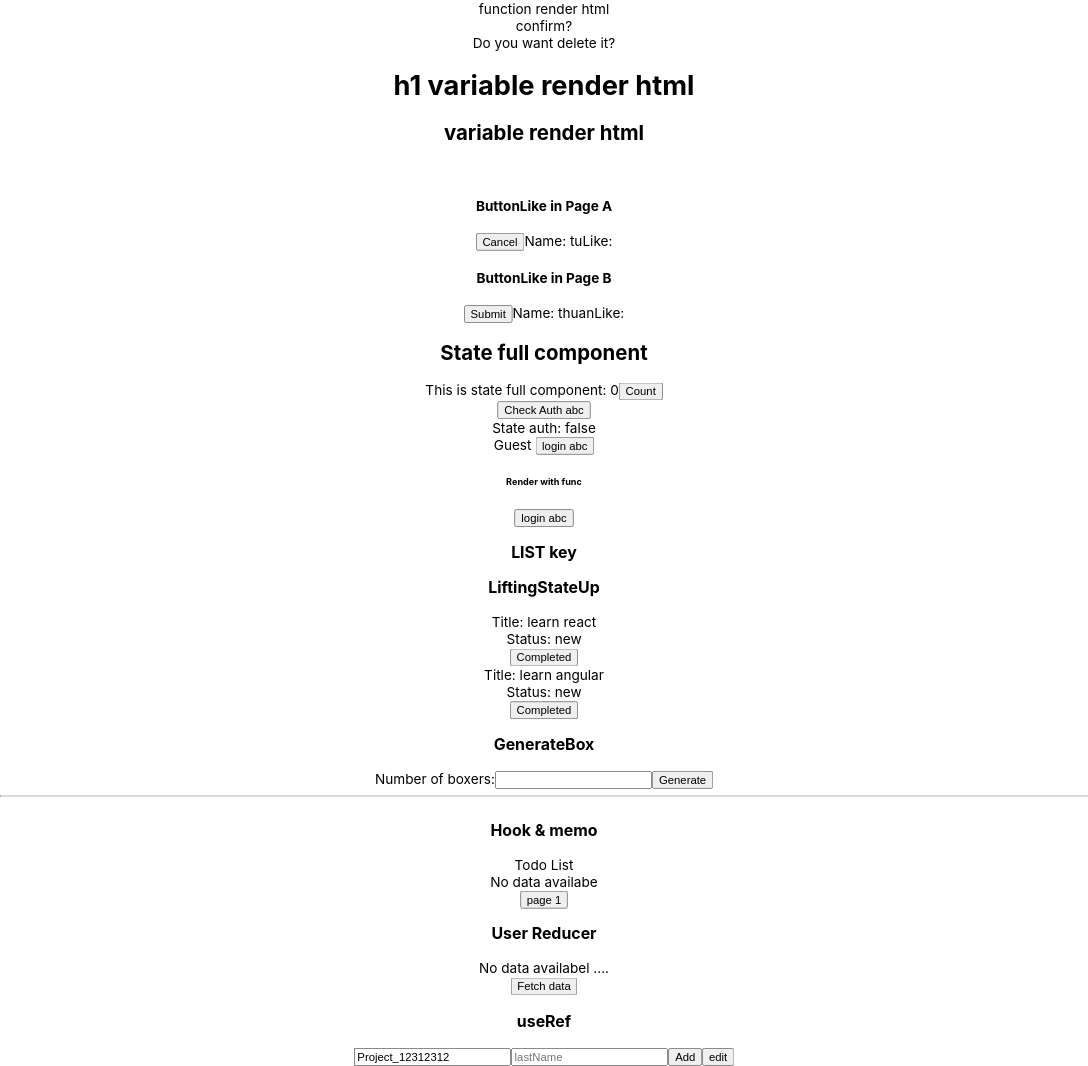
Repository: HoangTu18/reactjs-exercise
Page: /
An editor plug-in stored every save of this project. The page is shown before and after the next save, followed by the edit.
The browser window is 1280 px wide. The pictures show the whole page, at 85% of full size.
The page's requests for data from a server got no answer. The project was rebuilt for these pictures with package versions that can differ from the ones it lists, and the page was loaded fresh each time. No one was signed in, and anything a server would have sent is missing. Also part of the build but not shown: src/pages/StateObject.jsx, src/components/GenerateBox/GenerateBoxItem.jsx.

Above is the page before, as saved 2022-06-12 10:30:07.

### src/App.js
import "./App.css";
import ButtonLike from "./components/ButtonLike";
import TitleSimple from "./components/TitleSimple";
import StateFullComponent from "./components/StateFullComponent";
import StateObject from "./pages/StateObject";
import ConditionalRender from "./pages/conditionalRender";
import LiftingStateUp from "./exercise/LiftingStateUp";
import GenerateBox from "./exercise/GenerateBox";
import Hook from "./pages/Hook";
import UserReduer from "./pages/UserReduer";
import UseRef from "./components/useRef";
function App() {
  const isLoading = true;
  // varible render html
  const ele1 = (
    <div>
      <h1>h1 variable render html</h1>
      <h2> variable render html</h2>
    </div>
  );
  return (
    <div className="App">
      <div>function render html</div>
      {isLoading ? <TitleSimple /> : "123"}
      {ele1}
      <br />
      <h4> ButtonLike in Page A</h4>
      <ButtonLike
        text="Cancel"
        type="button"
        className="buttonA"
        onClick={() => {
          console.log("buttonA");
        }}
        name="tu"
      />
      <h4> ButtonLike in Page B</h4>
      <ButtonLike
        type="submit"
        className="buttonB"
        onClick={() => {
          console.log("buttonB");
        }}
        name="thuan"
      />
      <h2>State full component</h2>
      <StateFullComponent />
      {/* <StateObject />
       */}
      <ConditionalRender />
      <h3>LiftingStateUp</h3>
      <LiftingStateUp />
      <h3>GenerateBox</h3>
      <GenerateBox />
      <h3>Hook & memo</h3>
      <Hook />
      <h3>User Reducer</h3>
      <UserReduer />
      <h3>useRef</h3>
      <UseRef />
    </div>
  );
}

export default App;

### src/components/ButtonLike.jsx
import React from "react";

ButtonLike.propTypes = {};

function ButtonLike({ text = "Submit", name, todoItem, like, ...props }) {
  return (
    <div>
      <button {...props}>{text}</button>
      Name: {name}
      {todoItem && (
        <div>
          <h6>Todo item</h6>
          Todo title: {todoItem?.title}
          Todo price: {todoItem?.price}
        </div>
      )}
      Like: {like}
      <br />
    </div>
  );
}

export default ButtonLike;

### src/components/TitleSimple.jsx
import React from "react";

TitleSimple.propTypes = {};

function TitleSimple(props) {
  return (
    <div>
      confirm? <br />
      Do you want delete it?
    </div>
  );
}

export default TitleSimple;

### src/components/StateFullComponent.jsx
import React from "react";

StateFullComponent.propTypes = {};

function StateFullComponent(props) {
  const [count, setCount] = React.useState(0);
  return (
    <div>
      This is state full component: {count}
      <button
        type="button"
        onClick={() => {
          setCount((prevState) => prevState + 1);
        }}
      >
        Count
      </button>
    </div>
  );
}

export default StateFullComponent;

### src/pages/conditionalRender.jsx
import React, { Fragment, useState } from "react";
import ButtonSimple from "../components/ButtonSimple";

function ConditionalRender() {
  const [todos, setTodos] = useState([
    {
      id: 1,
      title: "react",
    },
    {
      id: 2,
      title: "angular",
    },
  ]);
  const [isAuth, setIsAuth] = useState(false);
  let button = null;
  if (isAuth) {
    button = <ButtonSimple text="logout" />;
  } else {
    button = <ButtonSimple text="login" />;
  }

  function renderButtonLogin() {
    return <ButtonSimple text="login" />;
  }
  function renderButtonLogout() {
    return <ButtonSimple text="logout" />;
  }
  function renderButton() {
    return <div>{isAuth ? renderButtonLogout() : renderButtonLogin()}</div>;
  }

  function handleDeleteTodo(TodoId) {
    const todoIndex = todos.findIndex((todo) => todo.id === TodoId);
    const newTodo = [...todos];
    newTodo.splice(todoIndex, 1);
    console.log(TodoId);
  }

  return (
    <div>
      {/* {array.length > 0 &&
        array.map((item) => {
          return <div key={item}>This is item</div>;
        })} */}
      <ButtonSimple
        text="Check Auth"
        onClick={() => setIsAuth((prevState) => !prevState)}
      />
      <br />
      State auth: {isAuth.toString()}
      {isAuth ? <div>welcome to {button}</div> : <div>Guest {button}</div>}
      <h6>Render with func</h6>
      {isAuth ? renderButtonLogout() : renderButtonLogin()}
      <h3>LIST key</h3>
      {todos.length > 0 ? (
        <>
          {todos.map((todo) => {
            <Fragment key={todo.id}>
              Id: {todo.id} <br />
              title: {todo.title}
              <button type="button" onClick={() => handleDeleteTodo(todo.id)}>
                Delete
              </button>
            </Fragment>;
          })}
        </>
      ) : null}
    </div>
  );
}

export default ConditionalRender;

### src/exercise/LiftingStateUp.jsx
import React, { useState } from "react";
import TodoList from "../components/TodoList";

function LiftingStateUp() {
  const [todos, setTodos] = useState([
    {
      id: 1,
      title: "learn react",
      status: "new",
    },
    {
      id: 2,
      title: "learn angular",
      status: "new",
    },
  ]);
  function handleCompletedTodo(todoId) {
    console.log("handleCompletedTodo: ", todoId);
  }
  return (
    <div>
      <TodoList todos={todos} handleCompletedTodo={handleCompletedTodo} />
    </div>
  );
}

export default LiftingStateUp;

### src/exercise/GenerateBox.jsx
import React, { useState, useRef } from "react";
import GenerateBoxList from "../components/GenerateBox/GenerateBoxList";

function GenerateBox(props) {
  const input = useRef(null);
  let [count, setCount] = useState(0);
  let [boxs, setBoxs] = useState([]);
  function handleGenerate() {
    let tempArr = [...boxs];
    let tempCount = count;
    if (input.current.value <= 0) {
      return alert("please enter for box");
    }
    if (input.current.value > 127) {
      return alert("very box");
    }
    if (input.current.value <= 127) {
      for (let i = 1; i <= input.current.value; i++) {
        tempArr.push({ id: tempCount++ });
      }
    }

    setBoxs(tempArr);
    setCount(tempCount);
  }

  // function handleCount() {}
  return (
    <div>
      <div>
        Number of boxers:
        <input type="number" ref={input} />
        <button onClick={() => handleGenerate()}>Generate</button>
        <hr />
      </div>
      <GenerateBoxList boxs={boxs} />
    </div>
  );
}

export default GenerateBox;

### src/pages/Hook.jsx
import React, { useEffect, useState } from "react";
import ButtonLike from "../components/ButtonLike";
function Hook() {
  const [todos, setTodos] = useState([]);
  const [page, setPage] = useState(1);

  useEffect(() => {
    fetch(`https://jsonplaceholder.typicode.com/todos?_page=${page}&_limit=10`)
      .then((res) => res.json())
      .then((data) => setTodos(data));
  }, [page]);

  useEffect(() => {
    console.log("useEffect 2");
  }, []);

  return (
    <div>
      Todo List
      {todos.length > 0 ? (
        <>
          {todos.map((todo) => (
            <div key={todo.id}>
              id: {todo.id} <br />
              title: {todo.title} <br />
            </div>
          ))}
        </>
      ) : (
        <div>No data availabe</div>
      )}
      <button
        type="button"
        onClick={() => {
          setPage((prevState) => prevState + 1);
        }}
      >
        page {page}
      </button>
      <h3></h3>
    </div>
  );
}

export default Hook;

### src/pages/UserReduer.jsx
import React, { useReducer } from "react";

// initialState
const initialState = {
  isLoading: false,
  todos: [],
  isError: false,
};

// actions
function setIsLoading(isLoading) {
  return {
    type: "SET_IS_LOADING",
    payload: isLoading,
  };
}

function setIsError(isError) {
  return {
    type: "SET_IS_ERROR",
    payload: isError,
  };
}

function setTodos(data) {
  return {
    type: "SET_TODO",
    payload: data,
  };
}

// reducer
function reducer(state = initialState, { type, payload }) {
  switch (type) {
    case "SET_IS_LOADING": {
      return {
        ...state,
        isLoading: payload,
      };
    }
    case "SET_IS_ERROR": {
      return {
        ...state,
        isError: payload,
      };
    }
    case "SET_TODO": {
      return {
        ...state,
        todos: payload,
      };
    }
    default:
      return state;
  }
}
function UserReduer() {
  // state
  const [{ isLoading, isError, todos }, dispatch] = useReducer(
    reducer,
    initialState
  );

  // actions
  async function handleFetchData() {
    dispatch(setIsLoading(true));
    dispatch(setIsError(false));
    try {
      const res = await fetch(
        "https://tony-json-server.herokuapp.com/api/todos"
      );
      const data = await res.json();
      dispatch(setTodos(data.data));
    } catch (error) {
      dispatch(setIsError(true));
    }
    dispatch(setIsLoading(false));
  }

  // view
  if (isLoading) return <div>Loading ....</div>;
  if (isError) return <div>Something error ....</div>;
  return (
    <div>
      {todos.length === 0 ? (
        <div>
          No data availabel .... <br />
        </div>
      ) : (
        <>
          {todos.map((todo, index) => (
            <div key={index}>
              ID: {todo.id} <br />
              Title: {todo.title}
            </div>
          ))}
        </>
      )}
      <button type="button" onClick={handleFetchData}>
        Fetch data
      </button>
    </div>
  );
}

export default UserReduer;

### src/components/useRef.jsx
import React, { useEffect, useRef, useState } from "react";

function UseRef(props) {
  // states
  const [firstName, setFirstName] = useState("Project_12312312");

  const firstNameRef = useRef(null);
  const [isFlag, setIsFlag] = useState(false);
  const firstRenderRef = useRef(null);

  let lastNameJs = "truong";
  // useEffect
  useEffect(() => {
    if (firstRenderRef.current) {
      firstRenderRef.current = false;
      lastNameJs = "tu";
    }
  }, [isFlag]);
  // refs

  function onSubmit() {
    console.log("ref: ", firstNameRef.current);
    firstNameRef.current.focus();
  }

  function onEdit() {
    firstNameRef.current.focus();
    // console.log("klength: ", firstNameRef.length);
    firstNameRef.current.setSelectionRange(
      0,
      firstNameRef.current.value.length
    );
  }

  function onChangeFirstName(e) {
    setFirstName(e.target.value);
  }
  return (
    <div>
      <input
        ref={firstNameRef}
        type="text"
        placeholder="firstName"
        value={firstName}
        onChange={onChangeFirstName}
      />
      <input type="text" placeholder="lastName" />
      <button type="button" onClick={onSubmit}>
        Add
      </button>
      <button type="button" onClick={onEdit}>
        edit
      </button>
    </div>
  );
}

export default UseRef;

### src/components/ButtonSimple.jsx
import React from "react";
import styles from "./buttonSimple.module.css";
function ButtonSimple({ text = "Submit", type = "button", ...props }) {
  return (
    <button type={type} className={styles.buttonSimple} {...props}>
      {text} abc
    </button>
  );
}

export default ButtonSimple;

### src/components/TodoList.jsx
import React from "react";
import TodoItem from "./TodoItem";

function TodoList({ todos, handleCompletedTodo }) {
  return (
    <div>
      {todos.map((todo) => (
        <TodoItem todo={todo} handleCompletedTodo={handleCompletedTodo} />
      ))}
    </div>
  );
}

export default TodoList;

### src/components/GenerateBox/GenerateBoxList.jsx
import React from "react";
import GenerateBoxItem from "./GenerateBoxItem";

function GenerateBoxList({ boxs  }) {
  return (
    <div style={{ display: "flex", flexWrap: "wrap" }}>
      {boxs.map((boxs) => (
        <GenerateBoxItem boxs={boxs} />
      ))}
    </div>
  );
}

export default GenerateBoxList;

### src/components/TodoItem.jsx
import React from "react";

function TodoItem({ todo, handleCompletedTodo }) {
  console.log("todo item:", todo);
  return (
    <div>
      Title: {todo.title} <br />
      Status: {todo.status} <br />
      <button type="button" onClick={() => handleCompletedTodo(todo.id)}>
        Completed
      </button>
    </div>
  );
}

export default TodoItem;

Loaded but not shown: public/index.html (common file); src/index.js (common file); src/index.css (common file); src/reportWebVitals.js (common file); src/App.css (common file); src/components/buttonSimple.module.css (no stored copy; drawn as an empty file)

After the next save:
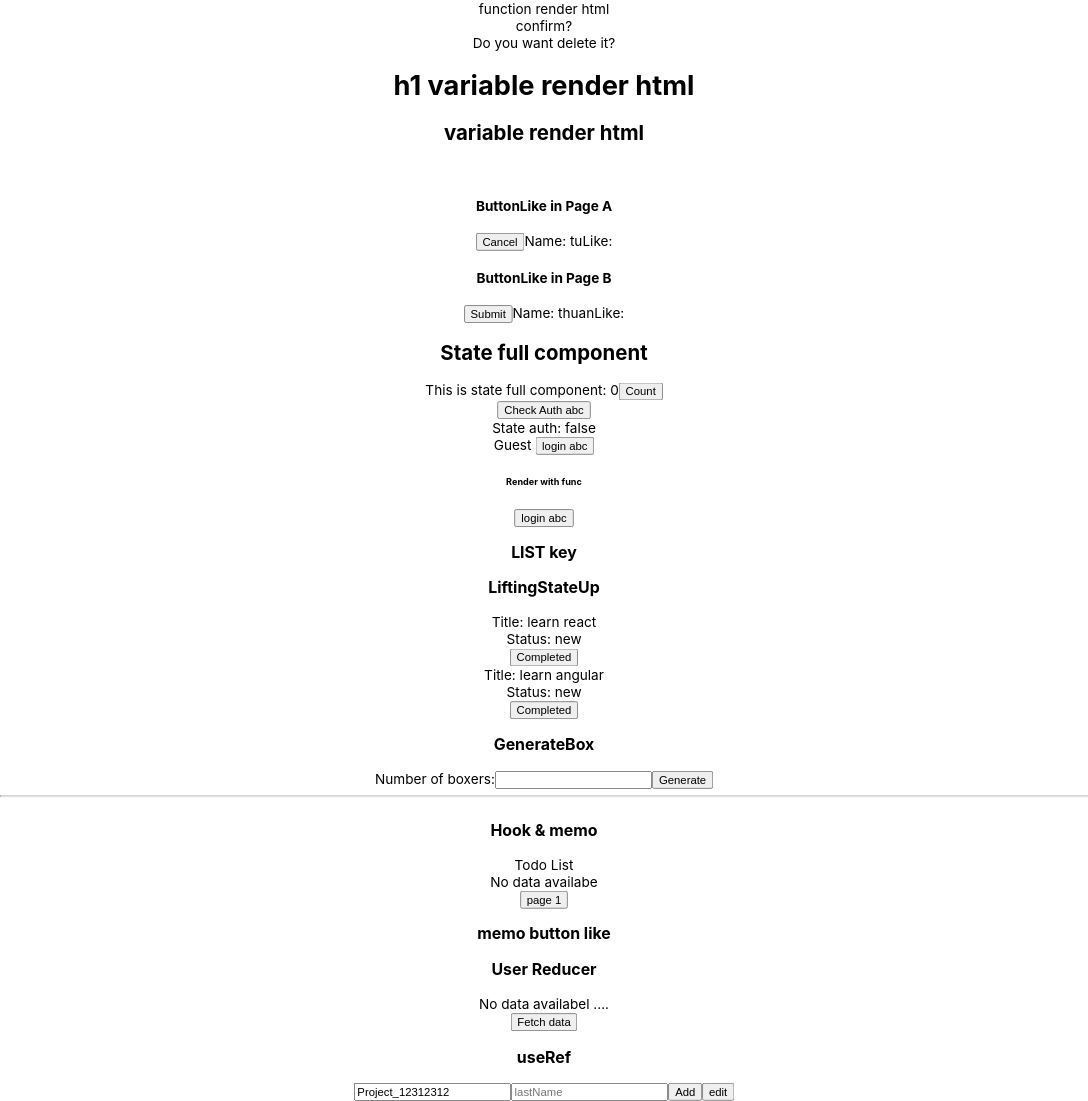
Saved 4 s later.
--- a/src/pages/Hook.jsx
+++ b/src/pages/Hook.jsx
@@ -37,7 +37,7 @@ function Hook() {
       >
         page {page}
       </button>
-      <h3></h3>
+      <h3>memo button like</h3>
     </div>
   );
 }
